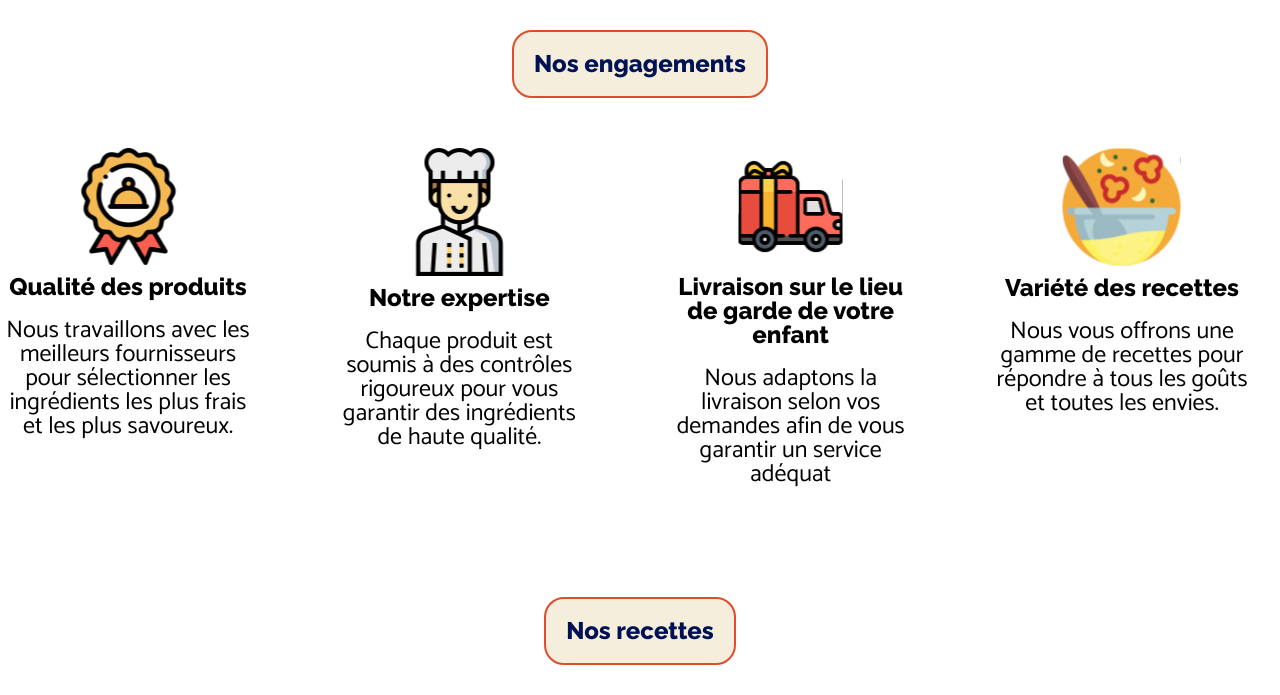
Repository: minus-team7/minus_team7
Page: minus_homepage.html
These files come from the project's save history. The page is drawn as it stood at one moment and after a run of saves; the edit follows.
The browser window is 1280 px wide. The pictures show the part of the page from y = 742 to 1437 px (the page is 3717 px tall).
The pointer rests on the first visible `.bouton a`.
A picture or video elsewhere on the page could not be fetched, so the positions and the page height are approximate.

Above is the page before, as saved 2023-02-13 09:47:46.

After the next 5 saves:
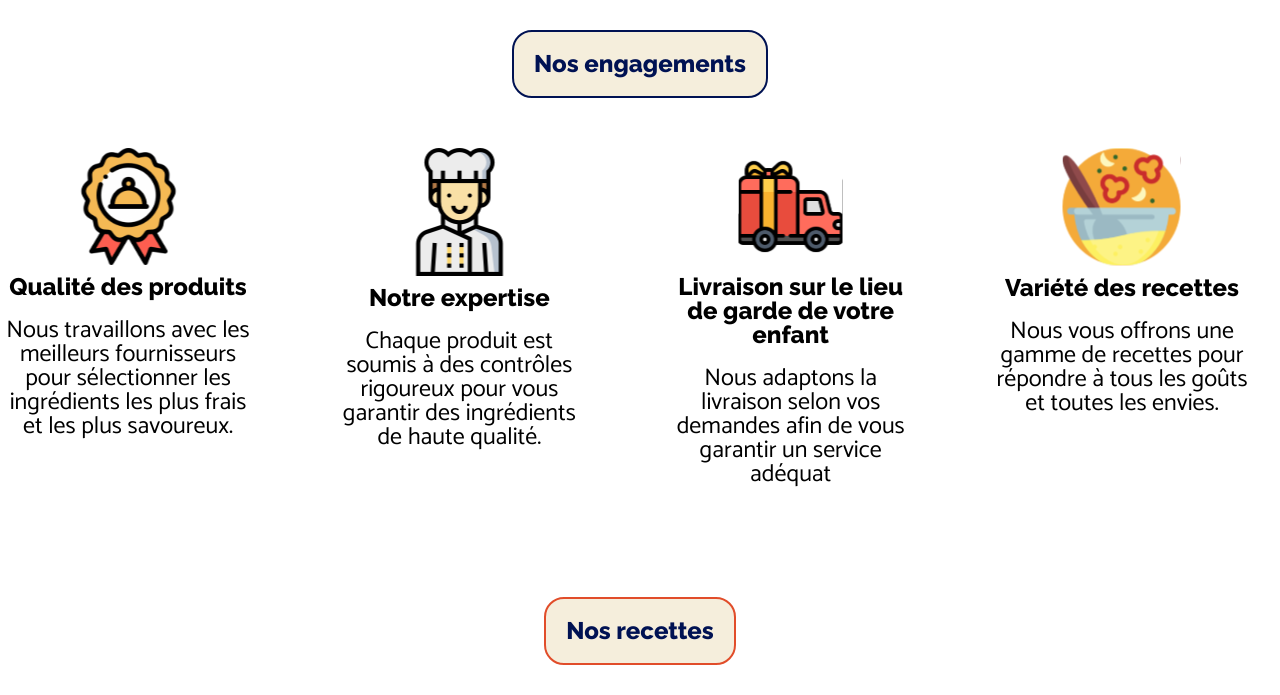
The 5 saves are shown as one change because they came seconds apart.
The last was saved 13 s later.
--- a/minus_homepage.css
+++ b/minus_homepage.css
@@ -37,7 +37,10 @@ h2{
 
 }
 
+.bouton a:hover{
+    border:#001253 2px solid;
 
+}
 
 .nos-engagements{
     display: flex;
